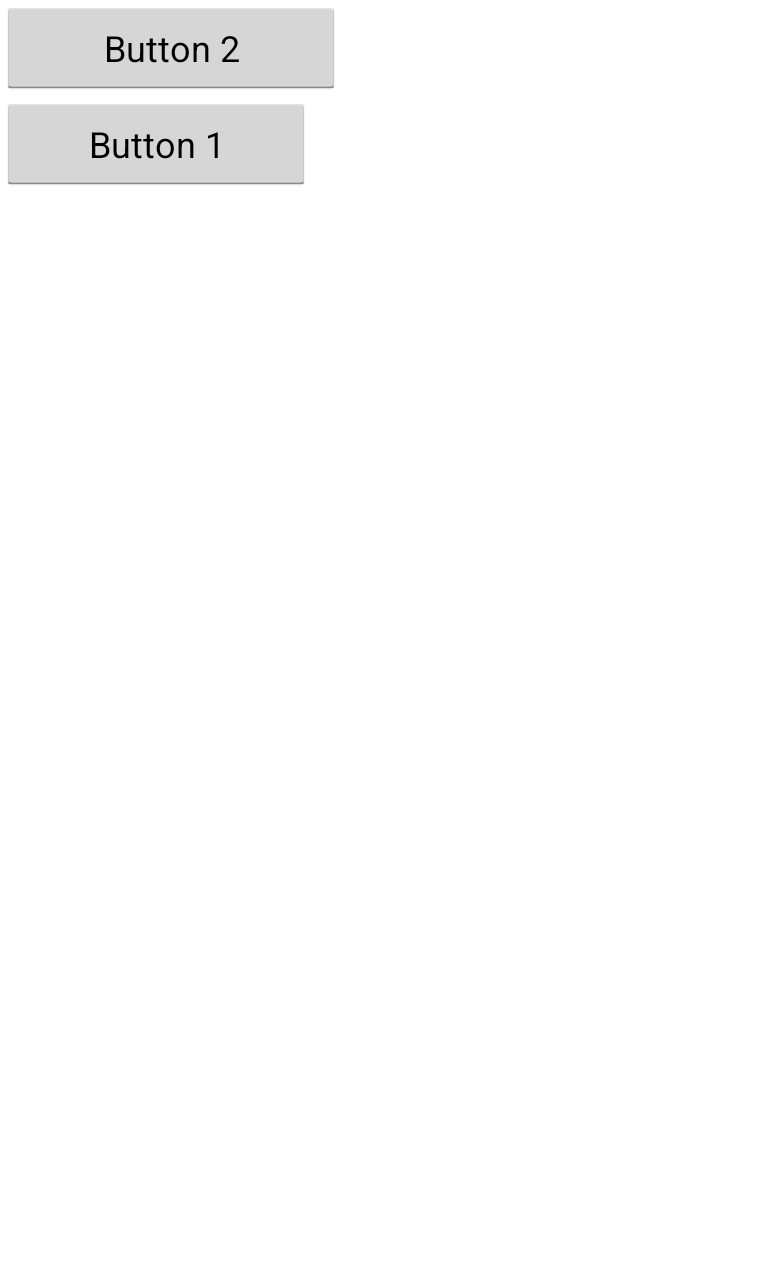
Repository: Lijianhao1995/Android
Layout: ActivityTest/res/layout/first_layout.xml
The author's editor kept a copy of each file at every save. The layout is drawn from the files as they stood at one save, then again after the next save.
It is drawn on a 768 x 1280 px phone screen (xhdpi) without system bars, with theme AppTheme; the app's code is not run.

Above is the layout before, as saved 2015-04-26 07:59:20.

### ActivityTest/res/layout/first_layout.xml
<?xml version="1.0" encoding="utf-8"?>
<LinearLayout xmlns:android="http://schemas.android.com/apk/res/android"
    xmlns:tools="http://schemas.android.com/tools"
    android:layout_width="match_parent"
    android:layout_height="match_parent"
    android:orientation="vertical"
    tools:context=".FirstActivity" >

    <Button
        android:id="@+id/button_2"
        android:layout_width="171dp"
        android:layout_height="wrap_content"
        android:text="Button 2" />

    <Button
        android:id="@+id/button_1"
        android:layout_width="156dp"
        android:layout_height="wrap_content"
        android:text="Button 1" />


</LinearLayout>

Loaded but not shown: ActivityTest/res/values/styles.xml (common file); ActivityTest/res/values-v11/styles.xml (common file); ActivityTest/res/values-v14/styles.xml (common file)

After the next save:
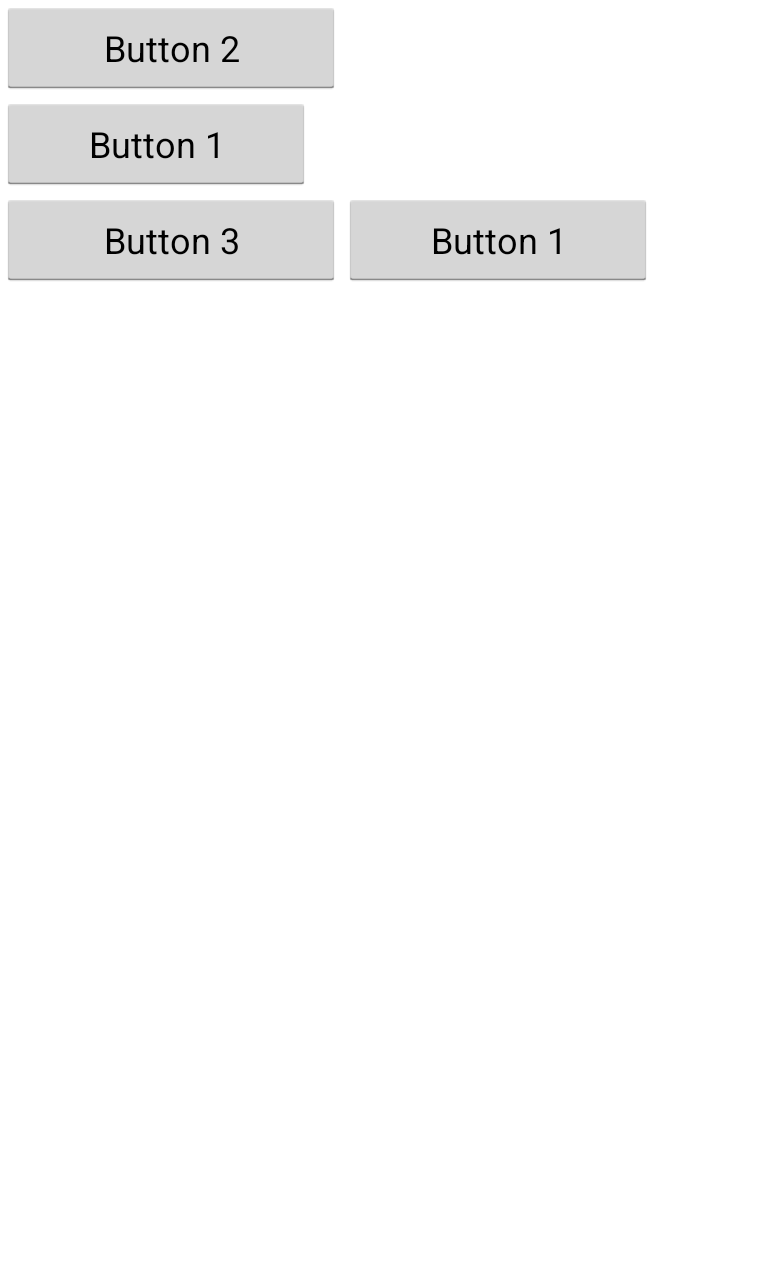
Saved 4 s later.
--- a/ActivityTest/res/layout/first_layout.xml
+++ b/ActivityTest/res/layout/first_layout.xml
@@ -17,6 +17,25 @@
         android:layout_width="156dp"
         android:layout_height="wrap_content"
         android:text="Button 1" />
+    <LinearLayout xmlns:android="http://schemas.android.com/apk/res/android"
+    xmlns:tools="http://schemas.android.com/tools"
+    android:layout_width="match_parent"
+    android:layout_height="match_parent"
+    android:orientation="horizontal"
+    tools:context=".FirstActivity" >
 
+    <Button
+        android:id="@+id/button_3"
+        android:layout_width="171dp"
+        android:layout_height="wrap_content"
+        android:text="Button 3" />
+
+    <Button
+        android:id="@+id/button_3"
+        android:layout_width="156dp"
+        android:layout_height="wrap_content"
+        android:text="Button 1" />
 
 </LinearLayout>
+
+</LinearLayout>
